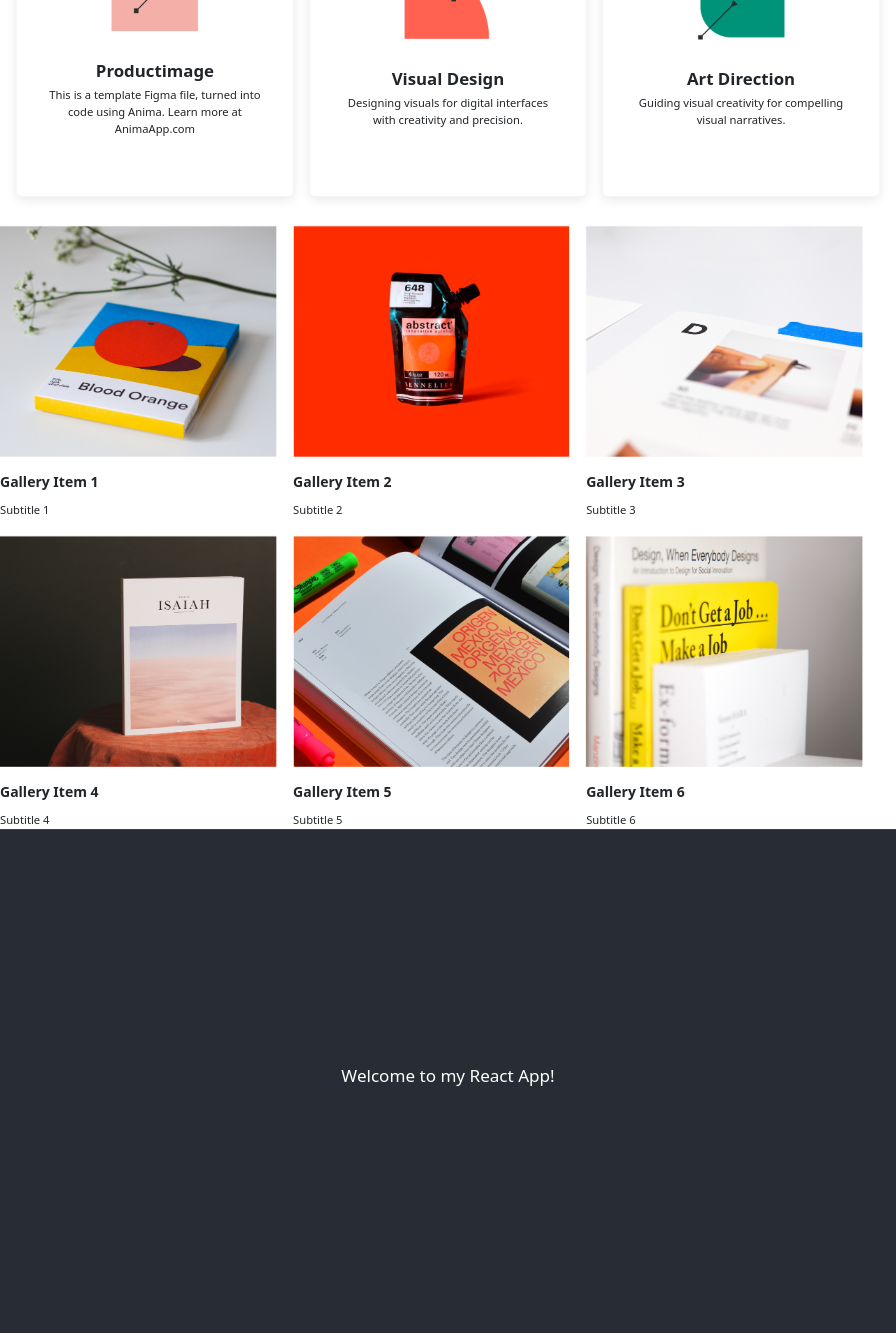
Repository: nida463/project-portofolio
Page: /
The author's editor kept a copy of each file at every save. The page is drawn from the files as they stood at one save, then again after a run of saves.
The browser window is 1280 px wide. The pictures show the part of the page from y = 848 to 2768 px (the page is 2753 px tall before and 2800 px after), at 70% of full size.
The project was rebuilt for these pictures with package versions that can differ from the ones it lists, and the page was loaded fresh each time.

Above is the page before, as saved 2024-09-18 10:00:46.

After the next 2 saves:
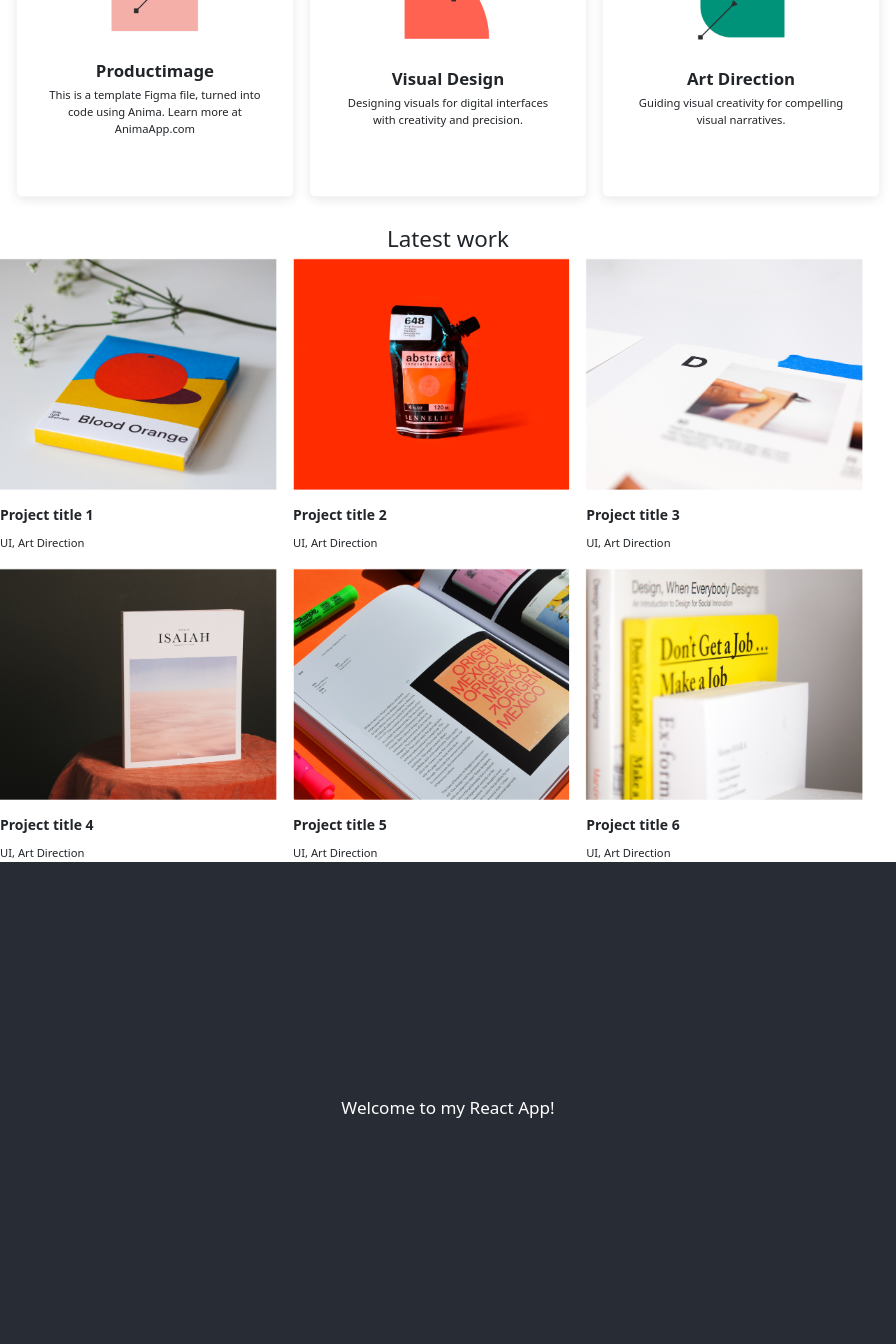
The 2 saves are shown as one change because they came seconds apart.
The last was saved 8 min 26 s later.
--- a/src/Components/Gallery.js
+++ b/src/Components/Gallery.js
@@ -3,23 +3,26 @@
 
 const Gallery = () => {
   return (
-    <div className="gallery-section">
-      {[
-        { id: 1, title: 'Gallery Item 1', subtitle: 'Subtitle 1', image: '/img/Image1.png' },
-        { id: 2, title: 'Gallery Item 2', subtitle: 'Subtitle 2', image: '/img/Image2.png' },
-        { id: 3, title: 'Gallery Item 3', subtitle: 'Subtitle 3', image: '/img/Image3.png' },
-        { id: 4, title: 'Gallery Item 4', subtitle: 'Subtitle 4', image: '/img/Image4.png' },
-        { id: 5, title: 'Gallery Item 5', subtitle: 'Subtitle 5', image: '/img/Image5.png' },
-        { id: 6, title: 'Gallery Item 6', subtitle: 'Subtitle 6', image: '/img/Image6.png' }
-      ].map((item) => (
-        <div key={item.id} className="gallery-card">
-          <img src={item.image} alt={item.title} className="gallery-image" />
-          <div className="gallery-text">
-            <h3>{item.title}</h3>
-            <p>{item.subtitle}</p>
+    <div className="gallery-container">
+      <h2 className="latest-work">Latest work</h2> {/* Judul di atas gallery */}
+      <div className="gallery-section">
+        {[
+          { id: 1, title: 'Project title 1', subtitle: 'UI, Art Direction', image: '/img/Image1.png' },
+          { id: 2, title: 'Project title 2', subtitle: 'UI, Art Direction', image: '/img/Image2.png' },
+          { id: 3, title: 'Project title 3', subtitle: 'UI, Art Direction', image: '/img/Image3.png' },
+          { id: 4, title: 'Project title 4', subtitle: 'UI, Art Direction', image: '/img/Image4.png' },
+          { id: 5, title: 'Project title 5', subtitle: 'UI, Art Direction', image: '/img/Image5.png' },
+          { id: 6, title: 'Project title 6', subtitle: 'UI, Art Direction', image: '/img/Image6.png' }
+        ].map((item) => (
+          <div key={item.id} className="gallery-card">
+            <img src={item.image} alt={item.title} className="gallery-image" />
+            <div className="gallery-text">
+              <h3>{item.title}</h3> {/* Title per card */}
+              <p>{item.subtitle}</p> {/* Subtitle per card */}
+            </div>
           </div>
-        </div>
-      ))}
+        ))}
+      </div>
     </div>
   );
 };
